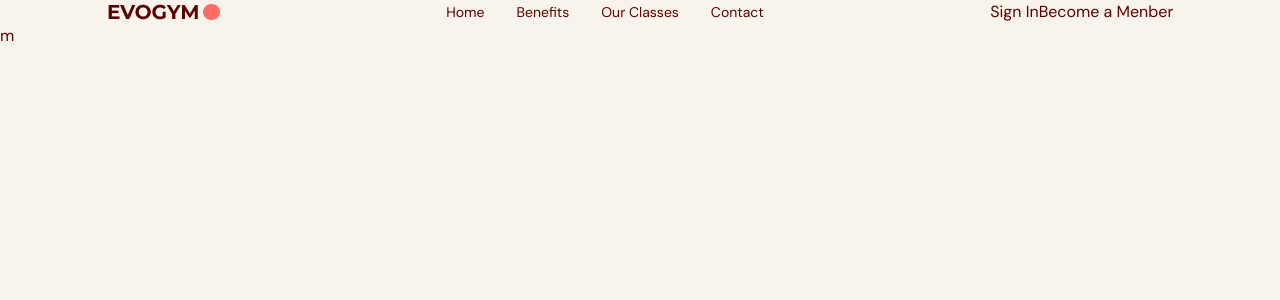
Repository: YUKIKAZE-nanoda/gym-typescript
Page: /
An editor plug-in stored every save of this project. The page is shown before and after a run of saves, followed by the edit.
The browser window is 1280 px wide. The pictures show the whole page.
The project was rebuilt for these pictures with package versions that can differ from the ones it lists, and the page was loaded fresh each time. Also part of the build but not shown: vite.config.ts.

Above is the page before, as saved 2023-08-02 22:42:26.

After the next 2 saves:
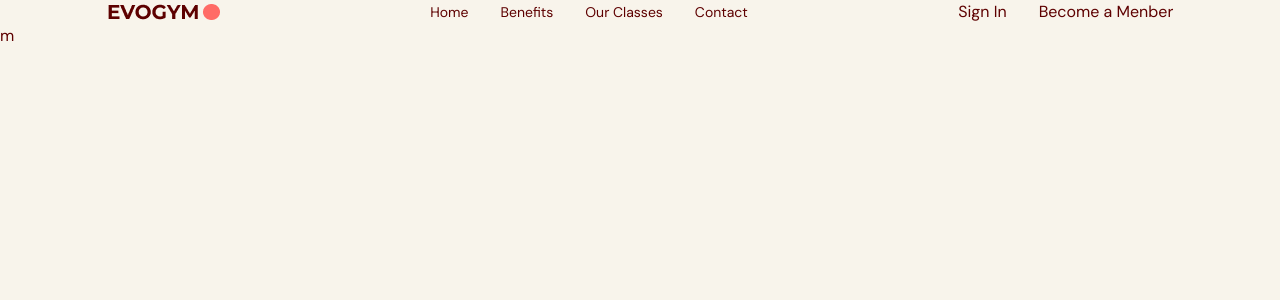
The 2 saves are shown as one change because they came seconds apart.
The last was saved 6 s later.
--- a/src/scenes/navbar/index.tsx
+++ b/src/scenes/navbar/index.tsx
@@ -20,7 +20,7 @@
                     <p>Our Classes</p>
                     <p>Contact</p>
                 </div>
-                <div className={`${flexBetween}`}>
+                <div className={`${flexBetween} gap-8`}>
                     <p>Sign In</p>
                     <button>Become a Menber</button>
                 </div>
